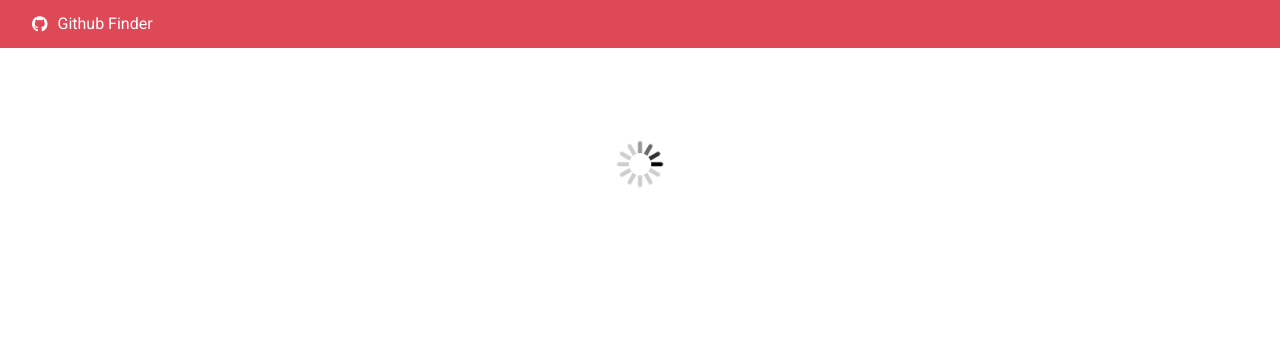
Repository: priyavmehta/Github-Finder
Page: /
These files come from the project's save history. The page is drawn as it stood at one moment and after the next save; the edit follows.
The browser window is 1280 px wide. The pictures show the whole page.
The page's requests for data from a server got no answer. Some web libraries are served in a nearby version. The project was rebuilt for these pictures with package versions that can differ from the ones it lists, and the page was loaded fresh each time. No one was signed in, and anything a server would have sent is missing. Also part of the build but not shown: src/components/users/UserProfile.js.

Above is the page before, as saved 2020-07-04 18:12:12.

### public/index.html
<!DOCTYPE html>
<html lang="en">
  <head>
    <meta charset="utf-8" />
    <link rel="icon" href="%PUBLIC_URL%/favicon.ico" />
    <meta name="viewport" content="width=device-width, initial-scale=1" />
    <meta name="theme-color" content="#000000" />
    <meta
      name="description"
      content="Web site created using create-react-app"
    />
    <link rel="apple-touch-icon" href="%PUBLIC_URL%/logo192.png" />
    <!--
      manifest.json provides metadata used when your web app is installed on a
      user's mobile device or desktop. See https://developers.google.com/web/fundamentals/web-app-manifest/
    -->
    <link rel="manifest" href="%PUBLIC_URL%/manifest.json" />
    <script src="https://kit.fontawesome.com/c3f9cf1e2c.js" crossorigin="anonymous"></script>

    <title>Github Finder</title>
  </head>
  <body>
    <noscript>You need to enable JavaScript to run this app.</noscript>
    <div id="root"></div>

  </body>
</html>

### src/App.js
import React,{ Component } from 'react';
import './App.css';
import Navbar from './components/layout/Navbar';
import Users from './components/users/Users';
import axios from 'axios'

class App extends Component {

  state = {
    users : [],
    loading : false
  }

  async componentDidMount () {
    console.log(process.env.REACT_APP_GITHUB_CLIENT_ID)

    this.setState({
      loading : true
    })

    const res = await axios.get(`https://api.github.com/users?client_id=${process.env.REACT_APP_GITHUB_CLIENT_ID}&client_secret=${process.env.REACT_APP_GITHUB_CLIENT_SECRET}`);


    this.setState({
      users : res.data,
      loading : false
    })
  }

  render() {
    return (
      <div className="App">
        <Navbar />
        <div className="container">
          <Users loading = {this.state.loading} users = {this.state.users} />
        </div>
      </div>
    );
  }
}

export default App;

### src/App.css
@import url("https://fonts.googleapis.com/css?family=Roboto");

/* Global Styles */
:root {
  --primary-color: #dc3545;
  --dark-color: #333333;
  --light-color: #f4f4f4;
  --danger-color: #dc3545;
  --success-color: #28a745;
}

* {
  box-sizing: border-box;
  margin: 0;
  padding: 0;
}

body {
  font-family: "Roboto", sans-serif;
  font-size: 1rem;
  line-height: 1.6;
  background-color: #fff;
  color: #333;
}

a {
  color: var(--primary-color);
  text-decoration: none;
}

a:hover {
  color: #666;
}

ul {
  list-style: none;
}

img {
  width: 100%;
}

/* Utilities */
.container {
  max-width: 1100px;
  margin: auto;
  overflow: hidden;
  padding: 0 2rem;
}

/* Text Styles*/
.x-large {
  font-size: 4rem;
  line-height: 1.2;
  margin-bottom: 1rem;
}

.large {
  font-size: 3rem;
  line-height: 1.2;
  margin-bottom: 1rem;
}

.lead {
  font-size: 1.5rem;
  margin-bottom: 1rem;
}

.text-center {
  text-align: center;
}

.text-primary {
  color: var(--primary-color);
}

.text-dark {
  color: var(--dark-color);
}

.text-success {
  color: var(--success-color);
}

.text-danger {
  color: var(--danger-color);
}

.text-center {
  text-align: center;
}

.text-right {
  text-align: right;
}

.text-left {
  text-align: left;
}

/* Center All */
.all-center {
  display: flex;
  flex-direction: column;
  width: 100%;
  margin: auto;
  justify-content: center;
  align-items: center;
  text-align: center;
}

/* Cards */
.card {
  padding: 1rem;
  border: #ccc 1px dotted;
  margin: 0.7rem 0;
}

/* List */
.list {
  margin: 0.5rem 0;
}

.list li {
  padding-bottom: 0.3rem;
}

/* Padding */
.p {
  padding: 0.5rem;
}
.p-1 {
  padding: 1rem;
}
.p-2 {
  padding: 2rem;
}
.p-3 {
  padding: 3rem;
}
.py {
  padding: 0.5rem 0;
}
.py-1 {
  padding: 1rem 0;
}
.py-2 {
  padding: 2rem 0;
}
.py-3 {
  padding: 3rem 0;
}

/* Margin */
.m {
  margin: 0.5rem;
}
.m-1 {
  margin: 1rem;
}
.m-2 {
  margin: 2rem;
}
.m-3 {
  margin: 3rem;
}
.my {
  margin: 0.5rem 0;
}
.my-1 {
  margin: 1rem 0;
}
.my-2 {
  margin: 2rem 0;
}
.my-3 {
  margin: 3rem 0;
}

/* Grid */
.grid-2 {
  display: grid;
  grid-template-columns: repeat(2, 1fr);
  grid-gap: 1rem;
}

.grid-3 {
  display: grid;
  grid-template-columns: repeat(3, 1fr);
  grid-gap: 1rem;
}

.grid-4 {
  display: grid;
  grid-template-columns: repeat(4, 1fr);
  grid-gap: 1rem;
}

.btn {
  display: inline-block;
  background: var(--light-color);
  color: #333;
  padding: 0.4rem 1.3rem;
  font-size: 1rem;
  border: none;
  cursor: pointer;
  margin-right: 0.5rem;
  transition: opacity 0.2s ease-in;
  outline: none;
}

.btn-link {
  background: none;
  padding: 0;
  margin: 0;
}

.btn-block {
  display: block;
  width: 100%;
}

.btn-sm {
  font-size: 0.8rem;
  padding: 0.3rem 1rem;
  margin-right: 0.2rem;
}

.badge {
  display: inline-block;
  font-size: 0.8rem;
  padding: 0.2rem 0.7rem;
  text-align: center;
  margin: 0.3rem;
  background: var(--light-color);
  color: #333;
  border-radius: 5px;
}

.alert {
  padding: 0.7rem;
  margin: 1rem 0;
  opacity: 0.9;
  background: var(--light-color);
  color: #333;
}

.btn-primary,
.bg-primary,
.badge-primary,
.alert-primary {
  background: var(--primary-color);
  color: #fff;
}

.btn-light,
.bg-light,
.badge-light,
.alert-light {
  background: var(--light-color);
  color: #333;
}

.btn-dark,
.bg-dark,
.badge-dark,
.alert-dark {
  background: var(--dark-color);
  color: #fff;
}

.btn-danger,
.bg-danger,
.badge-danger,
.alert-danger {
  background: var(--danger-color);
  color: #fff;
}

.btn-success,
.bg-success,
.badge-success,
.alert-success {
  background: var(--success-color);
  color: #fff;
}

.btn-white,
.bg-white,
.badge-white,
.alert-white {
  background: #fff;
  color: #333;
  border: #ccc solid 1px;
}

.btn:hover {
  opacity: 0.8;
}

.bg-light,
.badge-light {
  border: #ccc solid 1px;
}

.round-img {
  border-radius: 50%;
}

/* Forms */
input {
  margin: 1.2rem 0;
}

.form-text {
  display: block;
  margin-top: 0.3rem;
  color: #888;
}

input[type="text"],
input[type="email"],
input[type="password"],
input[type="date"],
select,
textarea {
  display: block;
  width: 100%;
  padding: 0.4rem;
  font-size: 1.2rem;
  border: 1px solid #ccc;
}

input[type="submit"],
button {
  font: inherit;
}

table th,
table td {
  padding: 1rem;
  text-align: left;
}

table th {
  background: var(--light-color);
}

/* Navbar */
.navbar {
  display: flex;
  justify-content: left;
  align-items: center;
  padding: 0.7rem 2rem;
  z-index: 1;
  width: 100%;
  opacity: 0.9;
  margin-bottom: 1rem;
}

.navbar ul {
  display: flex;
}

.navbar a {
  color: #fff;
  padding: 0.45rem;
  margin: 0 0.25rem;
}

.navbar a:hover {
  color: var(--light-color);
}

.navbar .welcome span {
  margin-right: 0.6rem;
}

/* Mobile Styles */
@media (max-width: 700px) {
  .hide-sm {
    display: none;
  }

  .grid-2,
  .grid-3,
  .grid-4 {
    grid-template-columns: 1fr;
  }

  /* Text Styles */
  .x-large {
    font-size: 3rem;
  }

  .large {
    font-size: 2rem;
  }

  .lead {
    font-size: 1rem;
  }

  /* Navbar */
  .navbar {
    display: block;
    text-align: center;
  }

  .navbar ul {
    text-align: center;
    justify-content: center;
  }
}

### src/components/layout/Navbar.js
import React from 'react'
import PropTypes from 'prop-types'

const Navbar = ({icon, title}) => {

    return (
        <nav className = "navbar bg-primary">
            <i className ={icon} style = {{marginRight : 10 + 'px'}}/>
            {title}
        </nav>
    )
}

Navbar.defaultProps = {
    title : "Github Finder",
    icon : "fab fa-github"
};

Navbar.propTypes = {
    title : PropTypes.string.isRequired,
    icon : PropTypes.string.isRequired
};

export default Navbar

### src/components/users/Users.js
import React from 'react';
import UserProfile from './UserProfile';
import Spinner from '../layout/Spinner';
import PropTypes from 'prop-types'

const Users = ({ users, loading }) => {

    if (loading) {
        return <Spinner />
    } else {
        return (
            <div style = {userStyle}>
                {users.map(user => (
                    <UserProfile key = {user.id} user = {user} />
                ))}
            </div>
        );
    }
}

Users.propTypes = {
    users : PropTypes.array.isRequired,
    loading : PropTypes.bool.isRequired,
}

const userStyle = {
    display: 'grid',
    gridTemplateColumns: 'repeat(3, 1fr)',
    gridGap: '1rem'
}

export default Users

### src/components/layout/Spinner.js
import React, { Fragment } from "react";
import spinner from "./spinner.gif";

const Spinner = () => (
  <Fragment>
    <img
      src={spinner}
      alt='Loading...'
      style={{ width: "200px", margin: "auto", display: "block" }}
    ></img>
  </Fragment>
);

export default Spinner;

### src/components/users/Search.js
import React, { Component } from 'react'

class Search extends Component {
    render() {
        return (
            <div>
                <form className = "form">
                    <input type = "text" name = "text" placeholder = "Search Users..." />
                    <input type = "submit" value = "Search" className = "btn btn-dark btn-block" />
                </form>
            </div>
        )
    }
}

export default Search

Loaded but not shown: src/index.js (common file)

After the next save:
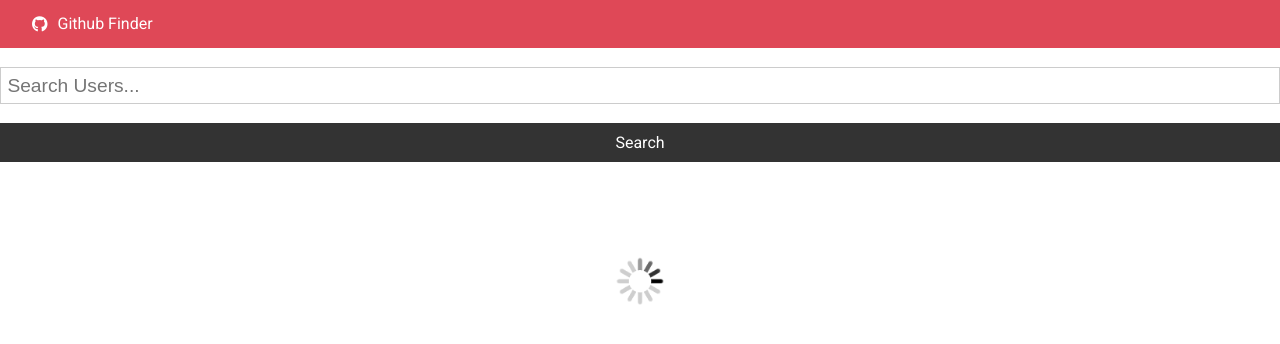
Saved 8 s later.
--- a/src/App.js
+++ b/src/App.js
@@ -3,6 +3,7 @@
 import Navbar from './components/layout/Navbar';
 import Users from './components/users/Users';
 import axios from 'axios'
+import Search from './components/users/Search';
 
 class App extends Component {
 
@@ -31,6 +32,7 @@
     return (
       <div className="App">
         <Navbar />
+        <Search />
         <div className="container">
           <Users loading = {this.state.loading} users = {this.state.users} />
         </div>
